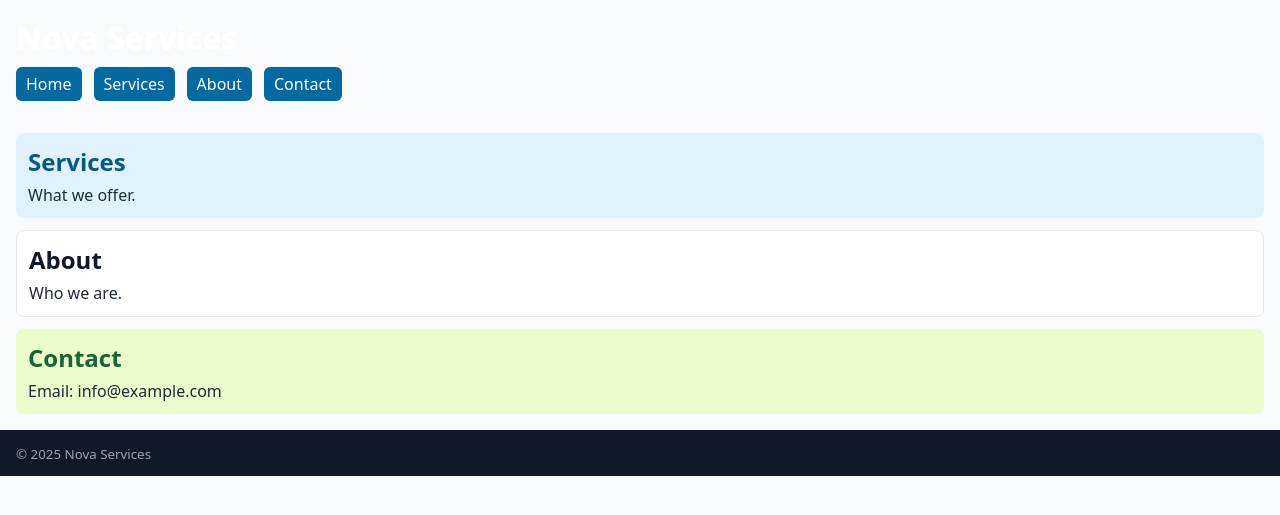
Repository: bbazimya/Nova-services
Page: index.html
These files come from the project's save history. The page is drawn as it stood at one moment and after a run of saves; the edit follows.
The browser window is 1280 px wide. The pictures show the whole page.

Above is the page before, as saved 2025-09-10 13:01:52.

### index.html
<!doctype html>
<html lang="en">
<head>
  <meta charset="utf-8">
  <meta name="viewport" content="width=device-width, initial-scale=1">
  <title>Nova Services</title>
  <link rel="stylesheet" href="styles.css">
</head>
<body>
  <header>
    <h1>Nova Services</h1>
    <nav>
      <a href="#home">Home</a>
      <a href="#services">Services</a>
      <a href="#about">About</a>
      <a href="#contact">Contact</a>
    </nav>
  </header>
  <main id="home">
    <section id="services"><h2>Services</h2><p>What we offer.</p></section>
    <section id="about"><h2>About</h2><p>Who we are.</p></section>
    <section id="contact"><h2>Contact</h2><p>Email: info@example.com</p></section>
  </main>
  <footer>
    <small>&copy; <time>2025</time> Nova Services</small>
  </footer>
</body>
</html>

### styles.css
body{margin:0;font-family:system-ui,Arial,sans-serif;color:#1f2937;background:#f8fafc;}
header{background:#;color:#fff;padding:16px;}
header h1{margin:0;}
nav{margin-top:8px;display:flex;gap:12px;flex-wrap:wrap;}
nav a{color:#fff;background:#0369a1;padding:6px 10px;border-radius:6px;text-decoration:none;}
main{padding:16px;}
#services{background:#e0f2fe;border-radius:8px;padding:12px;margin-bottom:12px;}
#services h2{margin:0 0 6px 0;color:#075985;}
#services p{margin:0;}
#about{background:#fff;border:1px solid #e5e7eb;border-radius:8px;padding:12px;margin-bottom:12px;}
#about h2{margin:0 0 6px 0;color:#0f172a;}
#about p{margin:0;}
#contact{background:#ecfccb;border-radius:8px;padding:12px;}
#contact h2{margin:0 0 6px 0;color:#166534;}
#contact p{margin:0;}
footer{background:#111827;color:#9ca3af;padding:12px 16px;}

After the next 2 saves:
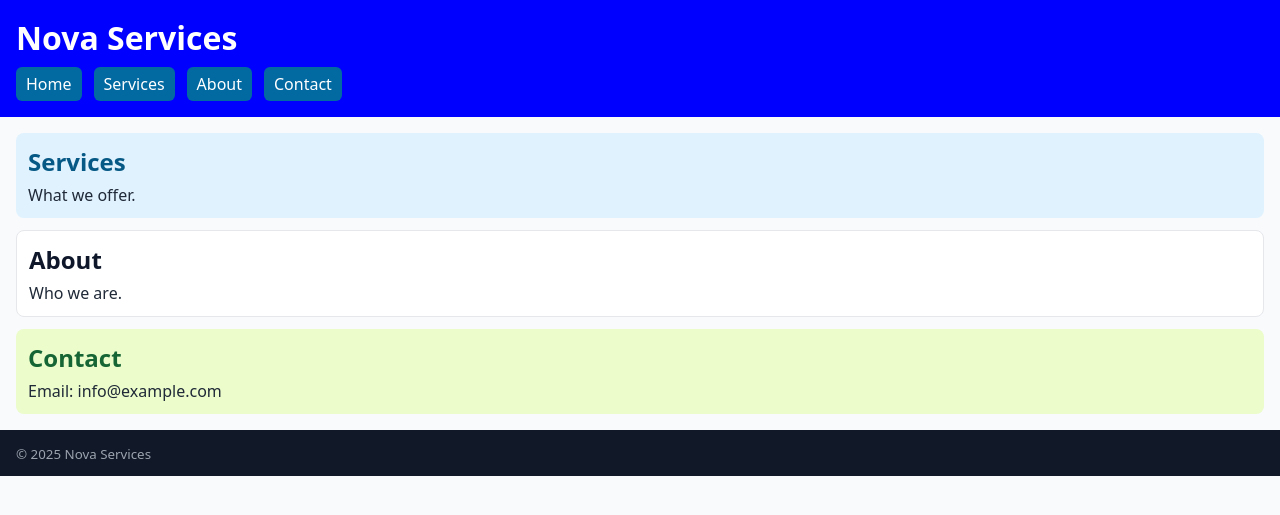
The 2 saves are shown as one change because they came seconds apart.
The last was saved 13 s later.
--- a/styles.css
+++ b/styles.css
@@ -1,5 +1,5 @@
 body{margin:0;font-family:system-ui,Arial,sans-serif;color:#1f2937;background:#f8fafc;}
-header{background:#;color:#fff;padding:16px;}
+header{background:blue;color:#fff;padding:16px;}
 header h1{margin:0;}
 nav{margin-top:8px;display:flex;gap:12px;flex-wrap:wrap;}
 nav a{color:#fff;background:#0369a1;padding:6px 10px;border-radius:6px;text-decoration:none;}
